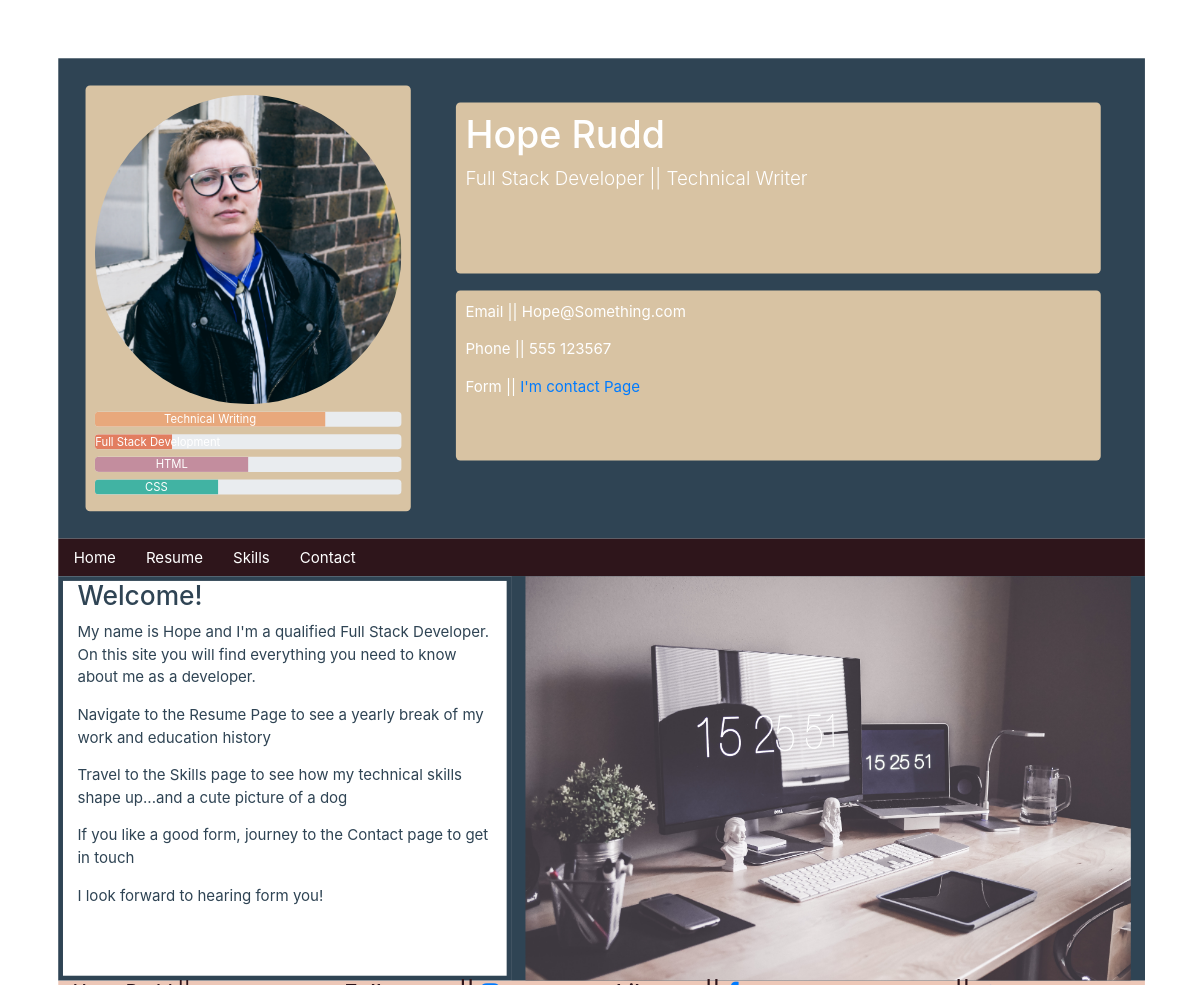
Repository: BleakTerrain/MilestoneProject-
Page: index.html
The author's editor kept a record of every edit. The page is drawn from the files as they stood at one moment, then again after the next edit.
The browser window is 1280 px wide. The pictures show the whole page, at 94% of full size.
Some web libraries are served in a nearby version.

Above is the page before.

After the next edit:
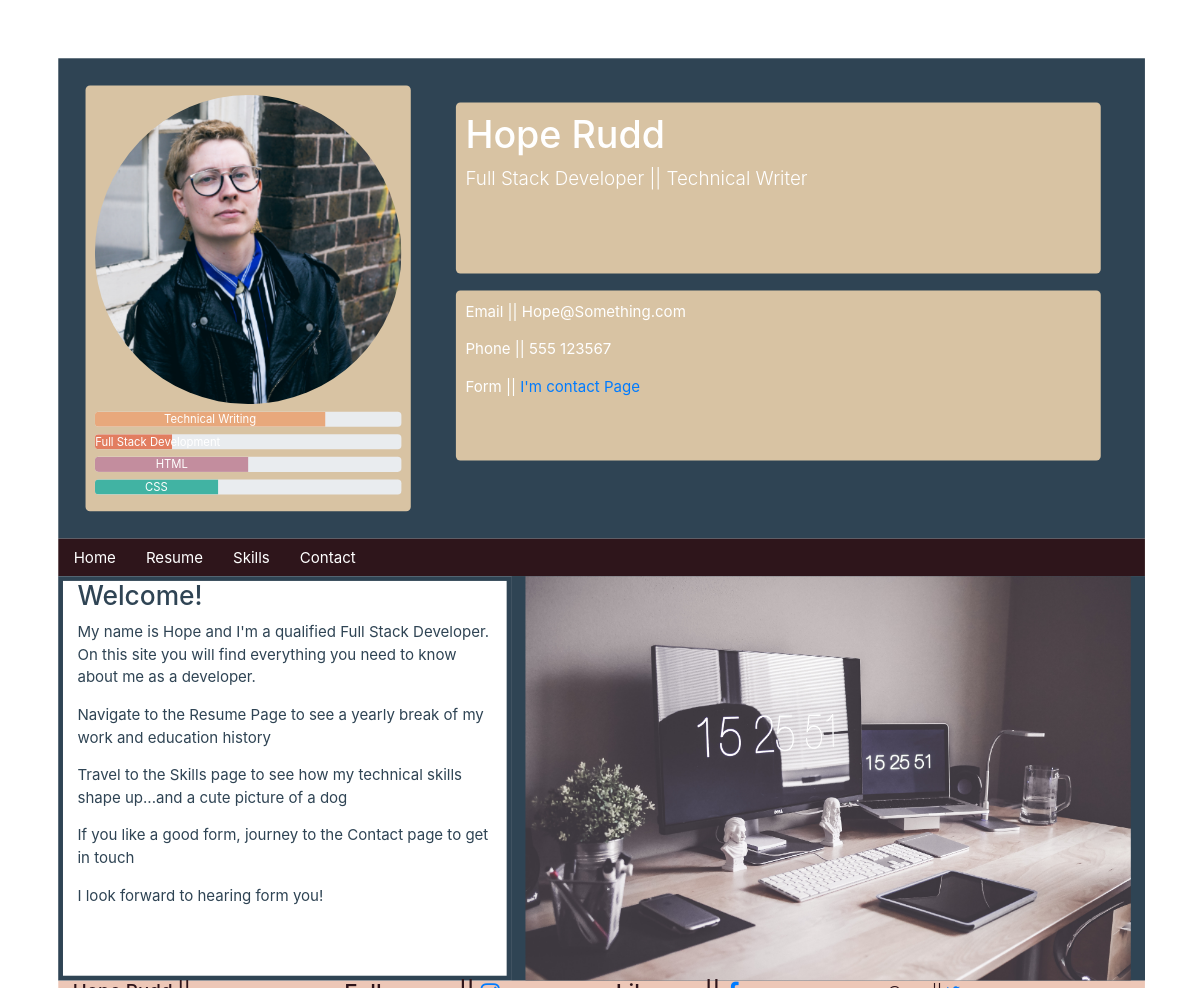
The edit:
--- a/index.html
+++ b/index.html
@@ -129,7 +129,7 @@
   <span class = "sr-only">Facebook Link</span>
   </div>
     <div class="col-sm-3 footer-item">
-      <h4>@ me || <a href = "#"> <i class="fa fa-twitter aria-hidden=true"></i></a></h4>
+      <p>@ me || <a href = "#"> <i class="fa fa-twitter aria-hidden=true"></i></a></p>
   <span class = "sr-only">Twitter Link</span>
   </div>
 </footer>
